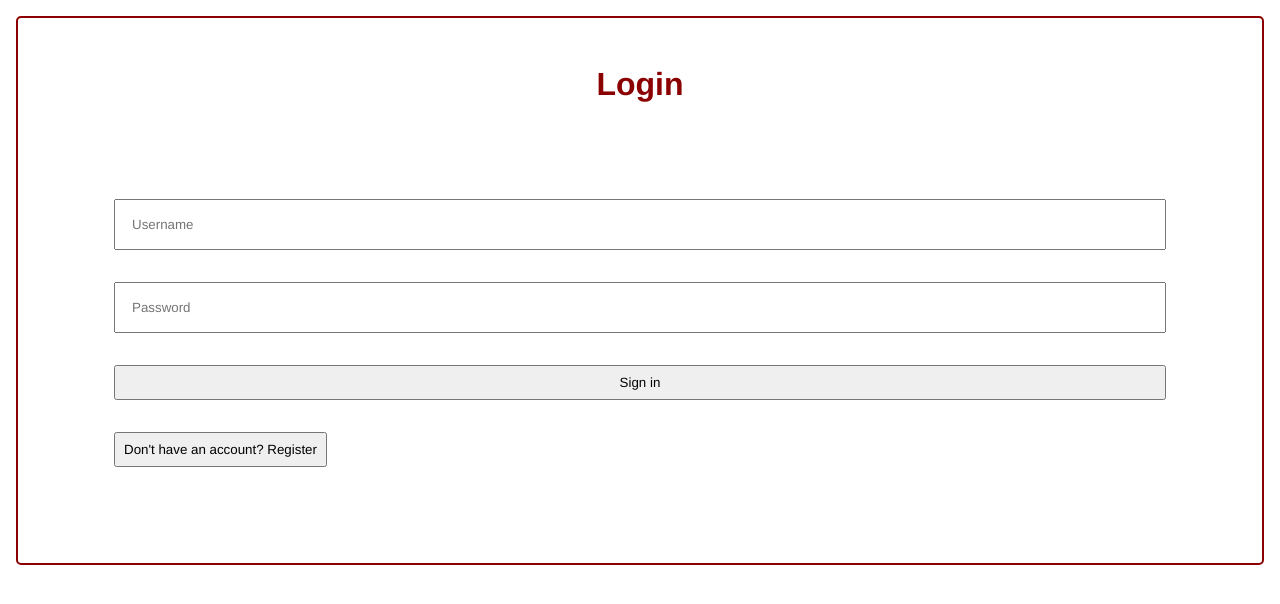
Repository: EricRobertCampbell/palaeo-fossil-classifier
Page: /login (app in palaeo-fossil-classifier/)
An editor plug-in stored every save of this project. The page is shown before and after a run of saves, followed by the edit.
The browser window is 1280 px wide. The pictures show the whole page.
The project was rebuilt for these pictures with package versions that can differ from the ones it lists, and the page was loaded fresh each time. The framework's server and built-in components were replaced by stand-ins that run in the browser. Also part of the build but not shown: palaeo-fossil-classifier/next.config.ts.

Above is the page before, as saved 2024-11-30 12:58:10.

### palaeo-fossil-classifier/app/login/page.tsx
import React from "react";
import styles from "./page.module.css";

export default function login() {
  return (
    <div className={styles.login}>
      <h1 className={styles.title}>Login</h1>
      <div className={styles.form}>
        <input
          className={styles.input}
          type="text"
          placeholder="Username"
          name="un"
        />
        <input
          className={styles.input}
          type="password"
          placeholder="Password"
          name="pw"
        />
        <button className={styles.button}> Sign in </button>
        <a href="./register">
          {" "}
          <button className={styles.button2}>
            {" "}
            Don't have an account? Register{" "}
          </button>
        </a>
      </div>
    </div>
  );
}

### palaeo-fossil-classifier/app/globals.css
:root {
  --background: #ffffff;
  --foreground: #171717;
}

@media (prefers-color-scheme: dark) {
  :root {
    --background: #0a0a0a;
    --foreground: #ededed;
  }
}

html,
body {
  max-width: 100vw;
  overflow-x: hidden;
}

body {
  color: var(--foreground);
  background: var(--background);
  font-family: Helvetica;
  -webkit-font-smoothing: antialiased;
  -moz-osx-font-smoothing: grayscale;
}

* {
  box-sizing: border-box;
  padding: 0;
  margin: 0;
}

a {
  color: inherit;
  text-decoration: none;
}

@media (prefers-color-scheme: dark) {
  html {
    color-scheme: dark;
  }
}

### palaeo-fossil-classifier/app/login/page.module.css
.login{
    margin: 1rem;
    border: 2px solid #8b0000;
    border-radius: 5px;
    font-family: Helvetica;
}

.title{
    text-align: center;
    padding-top: 3rem;
    color: #8b0000;
    font-family: Helvetica;

}

.form{
    display: grid;
    align-items: center;
    padding: 5rem;
    font-family: Helvetica;

}

.button{
margin: 1rem;
padding: 0.5rem;
font-family: Helvetica;

}
.input{
 padding: 1rem;
 margin: 1rem;
 font-family: Helvetica;

}

.button2{
    font-family: Helvetica;
    padding: 0.5rem;
    margin: 1rem;
}

Loaded but not shown: palaeo-fossil-classifier/app/layout.tsx (common file)

After the next 4 saves:
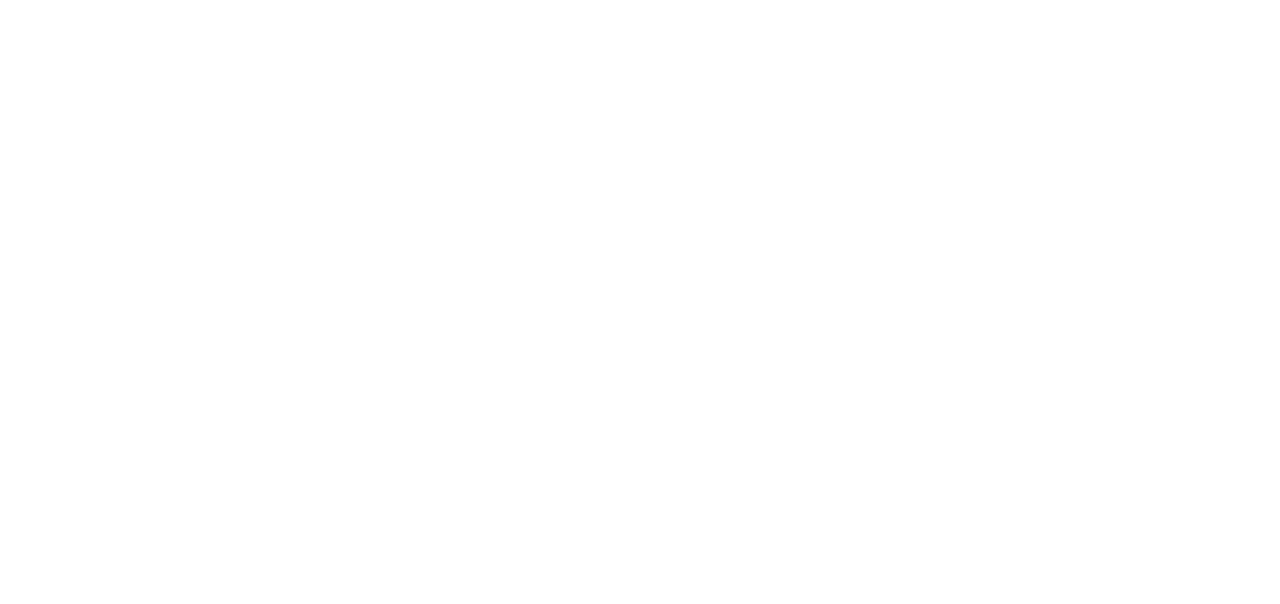
The 4 saves are shown as one change because 2 did not build or start and some came seconds apart.
The last was saved 15 min 39 s later.
--- a/palaeo-fossil-classifier/app/login/page.tsx
+++ b/palaeo-fossil-classifier/app/login/page.tsx
@@ -2,31 +2,46 @@
 import styles from "./page.module.css";
 
 export default function login() {
-  return (
-    <div className={styles.login}>
-      <h1 className={styles.title}>Login</h1>
-      <div className={styles.form}>
-        <input
-          className={styles.input}
-          type="text"
-          placeholder="Username"
-          name="un"
-        />
-        <input
-          className={styles.input}
-          type="password"
-          placeholder="Password"
-          name="pw"
-        />
-        <button className={styles.button}> Sign in </button>
-        <a href="./register">
-          {" "}
-          <button className={styles.button2}>
+  const handleClick = () => {
+    const unInput = document.querySelector("input[name=un]");
+    const pwInput = document.querySelector("input[name=pw]");
+    const un = unInput ? (unInput as HTMLInputElement).value : "";
+    const pw = pwInput ? (pwInput as HTMLInputElement).value : "";
+    if (un === "admin" && pw === "admin") {
+      window.location.href = "./admin";
+    } else {
+      alert("Invalid username or password");
+    }
+
+    return (
+      <div className={styles.login}>
+        <h1 className={styles.title}>Login</h1>
+        <div className={styles.form}>
+          <input
+            className={styles.input}
+            type="text"
+            placeholder="Username"
+            name="un"
+          />
+          <input
+            className={styles.input}
+            type="password"
+            placeholder="Password"
+            name="pw"
+          />
+          <button className={styles.button} onClick={handleClick}>
             {" "}
-            Don't have an account? Register{" "}
+            Sign in{" "}
           </button>
-        </a>
+          <a href="./register">
+            {" "}
+            <button className={styles.button2}>
+              {" "}
+              Don't have an account? Register{" "}
+            </button>
+          </a>
+        </div>
       </div>
-    </div>
-  );
+    );
+  };
 }

After the save that followed:
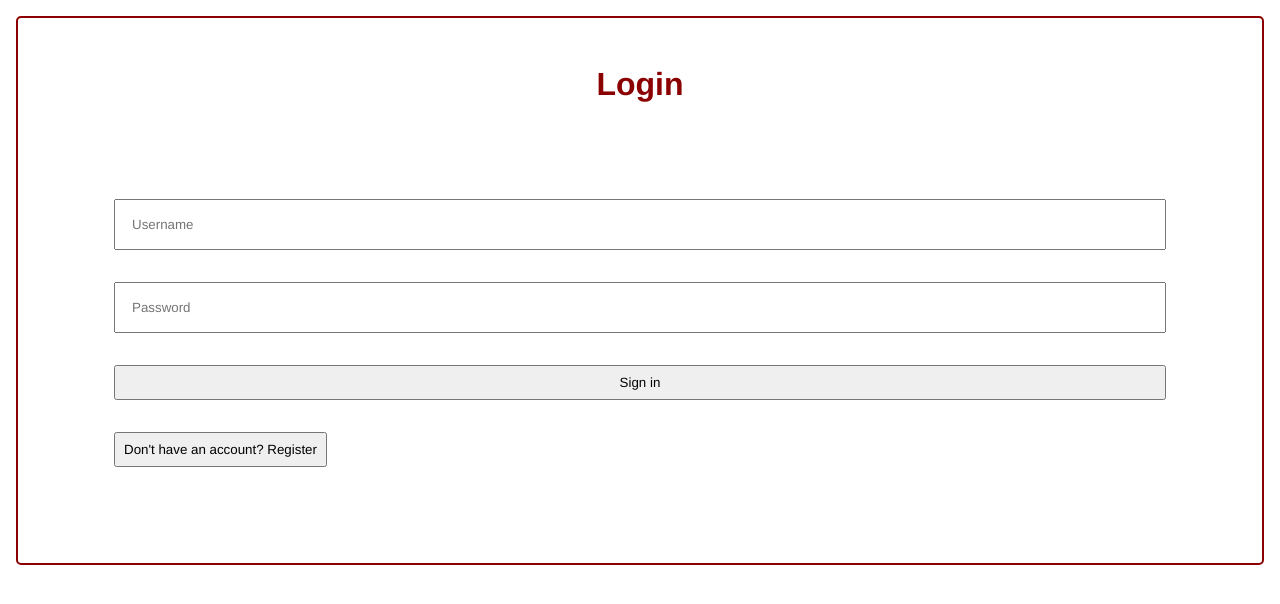
Saved 2 min 24 s later.
--- a/palaeo-fossil-classifier/app/login/page.tsx
+++ b/palaeo-fossil-classifier/app/login/page.tsx
@@ -12,36 +12,36 @@
     } else {
       alert("Invalid username or password");
     }
+  };
 
-    return (
-      <div className={styles.login}>
-        <h1 className={styles.title}>Login</h1>
-        <div className={styles.form}>
-          <input
-            className={styles.input}
-            type="text"
-            placeholder="Username"
-            name="un"
-          />
-          <input
-            className={styles.input}
-            type="password"
-            placeholder="Password"
-            name="pw"
-          />
-          <button className={styles.button} onClick={handleClick}>
+  return (
+    <div className={styles.login}>
+      <h1 className={styles.title}>Login</h1>
+      <div className={styles.form}>
+        <input
+          className={styles.input}
+          type="text"
+          placeholder="Username"
+          name="un"
+        />
+        <input
+          className={styles.input}
+          type="password"
+          placeholder="Password"
+          name="pw"
+        />
+        <button className={styles.button} onClick={handleClick}>
+          {" "}
+          Sign in{" "}
+        </button>
+        <a href="./register">
+          {" "}
+          <button className={styles.button2}>
             {" "}
-            Sign in{" "}
+            Don't have an account? Register{" "}
           </button>
-          <a href="./register">
-            {" "}
-            <button className={styles.button2}>
-              {" "}
-              Don't have an account? Register{" "}
-            </button>
-          </a>
-        </div>
+        </a>
       </div>
-    );
-  };
+    </div>
+  );
 }
